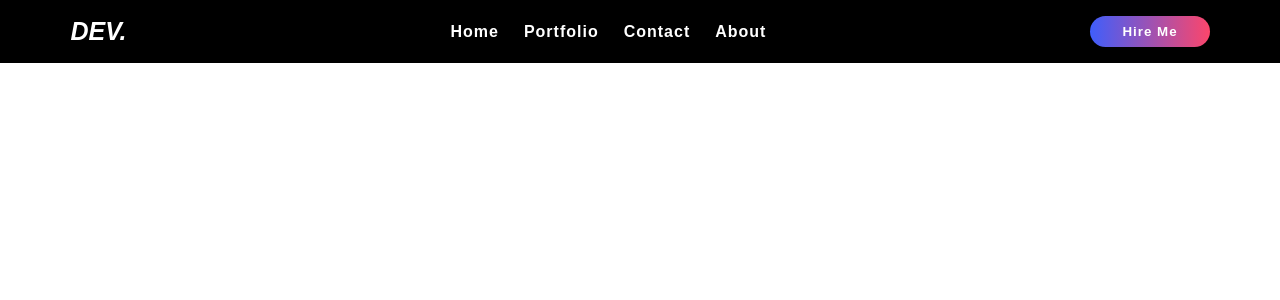
Repository: DevAntonioRogers/vanilla-responsive-navbar
Page: index.html
The author's editor kept a copy of each file at every save. The page is drawn from the files as they stood at one save, then again after the next save.
The browser window is 1280 px wide. The pictures show the whole page.
Some web fonts or font styles are not loaded; a fallback is used.

Above is the page before, as saved 2023-06-04 21:29:06.
Console error: TypeError: Cannot read properties of null (reading 'addEventListener')

After the next save:
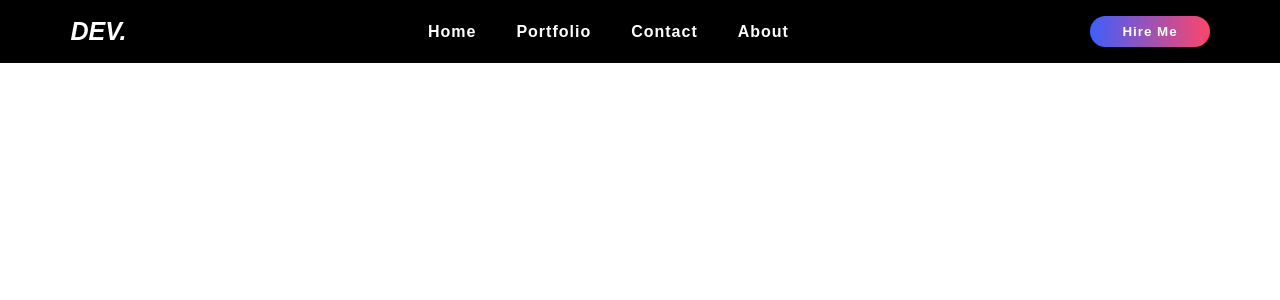
Saved 52 s later.
--- a/style.css
+++ b/style.css
@@ -38,7 +38,7 @@
 
 .nav-menu {
   display: flex;
-  gap: 25px;
+  gap: 40px;
 }
 
 .nav-menu > * {
